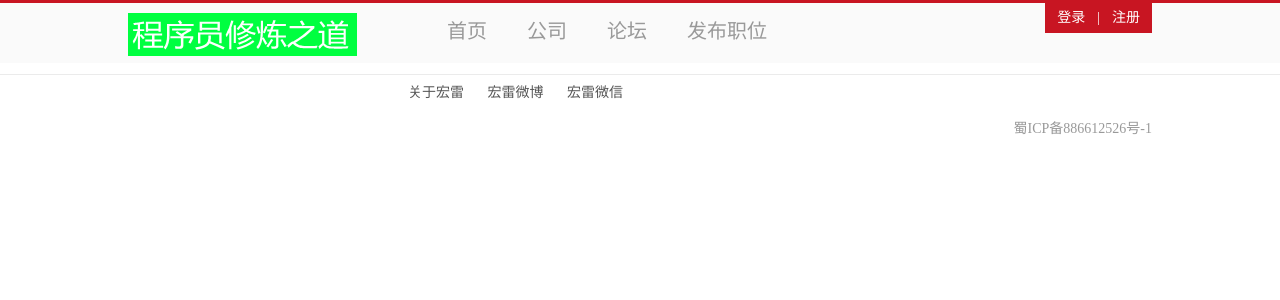
Repository: honglei92/javaweb_EE
Page: apple/WebContent/index.html
An editor plug-in stored every save of this project. The page is shown before and after the next save, followed by the edit.
The browser window is 1280 px wide. The pictures show the whole page.

Above is the page before, as saved 2013-09-02 07:57:57.

After the next save:
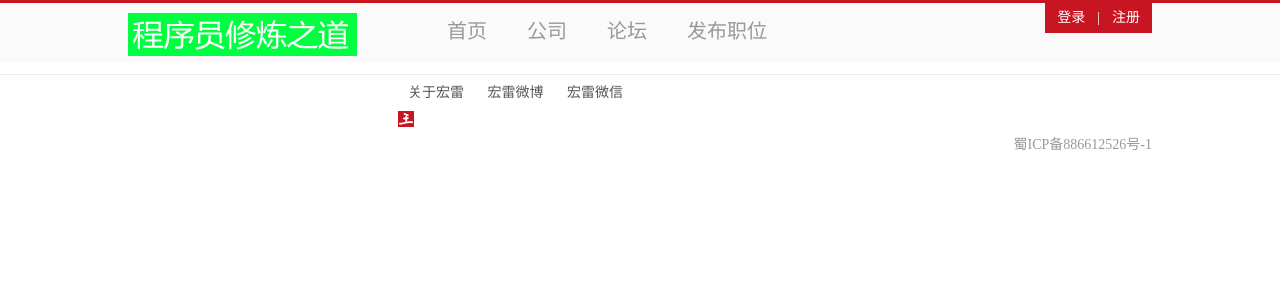
Saved 54 s later.
--- a/apple/WebContent/index.html
+++ b/apple/WebContent/index.html
@@ -43,7 +43,7 @@
 				<a href="/about.html" target="_blank" rel="nofollow">关于宏雷</a>
 				<a href="http://weibo.com/youchuxi" target="_blank" rel="nofollow">宏雷微博</a>
 				<a class="footer_qr" href="javascript:void(0)" rel="nofollow">宏雷微信
-				<div></div>
+				<div class="box"><img src="images/whlicon.png"></div>
 				</a>
 				<div class="copyright">蜀ICP备886612526号-1</div>
 			</div>
